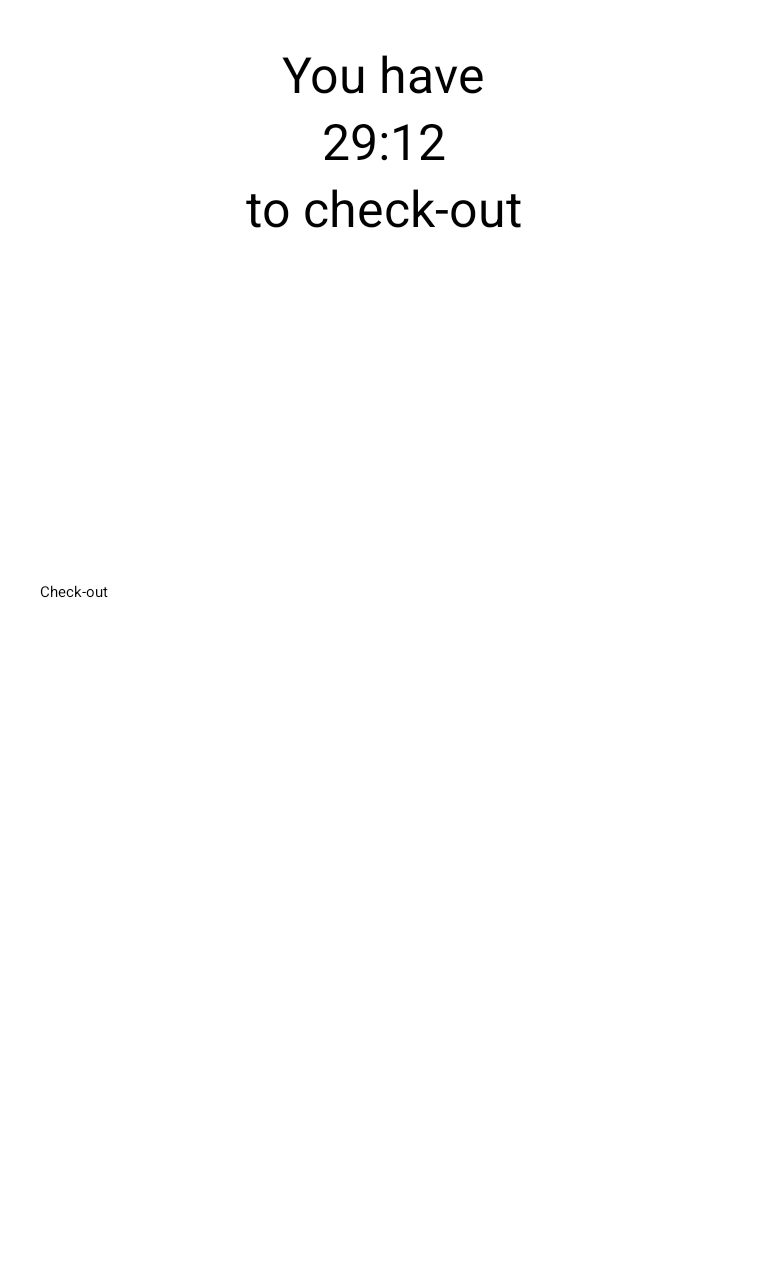
Repository: leo195162839/Test-Repo
Layout: TravelGuardian/res/layout/fragment_count__time__left.xml
The author's editor kept a copy of each file at every save. The layout is drawn from the files as they stood at one save, then again after the next save.
It is drawn on a 768 x 1280 px phone screen (xhdpi) without system bars, with theme Theme.Base.AppCompat; the app's code is not run.

Above is the layout before, as saved 2014-06-15 17:56:15.

### TravelGuardian/res/layout/fragment_count__time__left.xml
<?xml version="1.0" encoding="utf-8"?>
<LinearLayout xmlns:android="http://schemas.android.com/apk/res/android"
    android:layout_width="match_parent"
    android:layout_height="match_parent"
    android:orientation="vertical" >

    <TextView
        android:id="@+id/time_left_content1"
        android:layout_width="wrap_content"
        android:layout_height="wrap_content"
        android:layout_gravity="center"
        android:textSize="25sp"
        android:paddingTop="20sp"
        android:text="@string/count_time_left1" />

    <!-- need to change to count down timer -->
     <TextView
        android:id="@+id/count_down_timer"
        android:layout_width="wrap_content"
        android:layout_height="wrap_content"
        android:layout_gravity="center"
        android:textSize="25sp"
        android:text="@string/count_down_timer" />

      <TextView
        android:id="@+id/time_left_content2"
        android:layout_width="wrap_content"
        android:layout_height="wrap_content"
        android:layout_gravity="center"
        android:textSize="25sp"
        android:paddingBottom="150sp"
        android:text="@string/count_time_left2" />

    <Button
        android:layout_width="fill_parent"
        android:layout_height="wrap_content"
        android:padding="20sp"
        android:paddingBottom="100sp"
        android:onClick="checkedOut"
        android:text="@string/button_checkout" />



    <ProgressBar
        android:id="@+id/progressBar1"
        style="?android:attr/progressBarStyleHorizontal"
        android:layout_marginTop="152sp"
        android:layout_width="fill_parent"
        android:layout_height="wrap_content" />

</LinearLayout>

### TravelGuardian/res/values/strings.xml
<?xml version="1.0" encoding="utf-8"?>
<resources>

    <string name="app_name">Travel Guardian</string>
    <string name="hello_world">Hello world!</string>
    <string name="action_settings">Settings</string>
    <string name="button_login">Login</string>
    <string name="title_activity_start">Travel Guardian</string>
    <string name="logged_in_as">Logged in as</string>
    <string name="username">name@domain.com</string>
    <string name="button_sign_out">Sign Out</string>
    <string name="button_start">Start a Trip</string>
    <string name="title_activity_data_entry">Travel Guardian: Start a Trip</string>
    <string name="textView_emergency_contacts">Who would you like to contact in the event of an emergency?</string>
    <string name="edit_contacts">Enter an email address</string>
    <string name="textView_destination">Where will you be traveling to?</string>
    <string name="edit_destination">Enter location name or coordinates</string>
    <string name="textView_host">What is your host contact?</string>
    <string name="edit_host">Enter hotel/host contact info</string>
    <string name="textView_pingFrequency">GPS Ping Frequency: 0 hour(s)</string>
    <string name="button_setDate">Set Return Date</string>
    <string name="button_setTime">Set Return Time</string>
    <string name="button_startTrip">Start Trip</string>
    <string name="count_time_left1">You have</string>
    <string name="count_down_timer">29:12</string>
    <string name="time_remianing">Time remianing:</string>
    <string name="count_time_left2">to check-out</string>
    <string name="button_checkout">Check-out</string>
    <string name="title_activity_count__time__left">Count_Time_Left</string>
    <string name="title_activity_checked_out">CheckedOut</string>
    <string name="title_activity_broadcast">Broadcast</string>
    <string name="Sent_Notification">The following Emergency Broadcast Message has been sent to you emergency contact.</string>
    <string name="Broadcast_Message">TRAVEL GUARDIAN EMERGENCY NOTIFICATION:
                                     \nJane Doe failed to check out at 8:00pm.
                                     \nReported Destination: Vanoise National Park, Savoie, France
                                     \nLast GPS Ping: 41° 24\' 12.1674", 2° 10\' 26.508
                                     \n@ 7:45pm UTC 05/12/2014
                                     \nHost Contact: Hotel, (123) 281-2729</string>
    <string name="Congrats"><b>Congratulations!\nChecked Out Succefully!</b></string>

</resources>

After the next save:
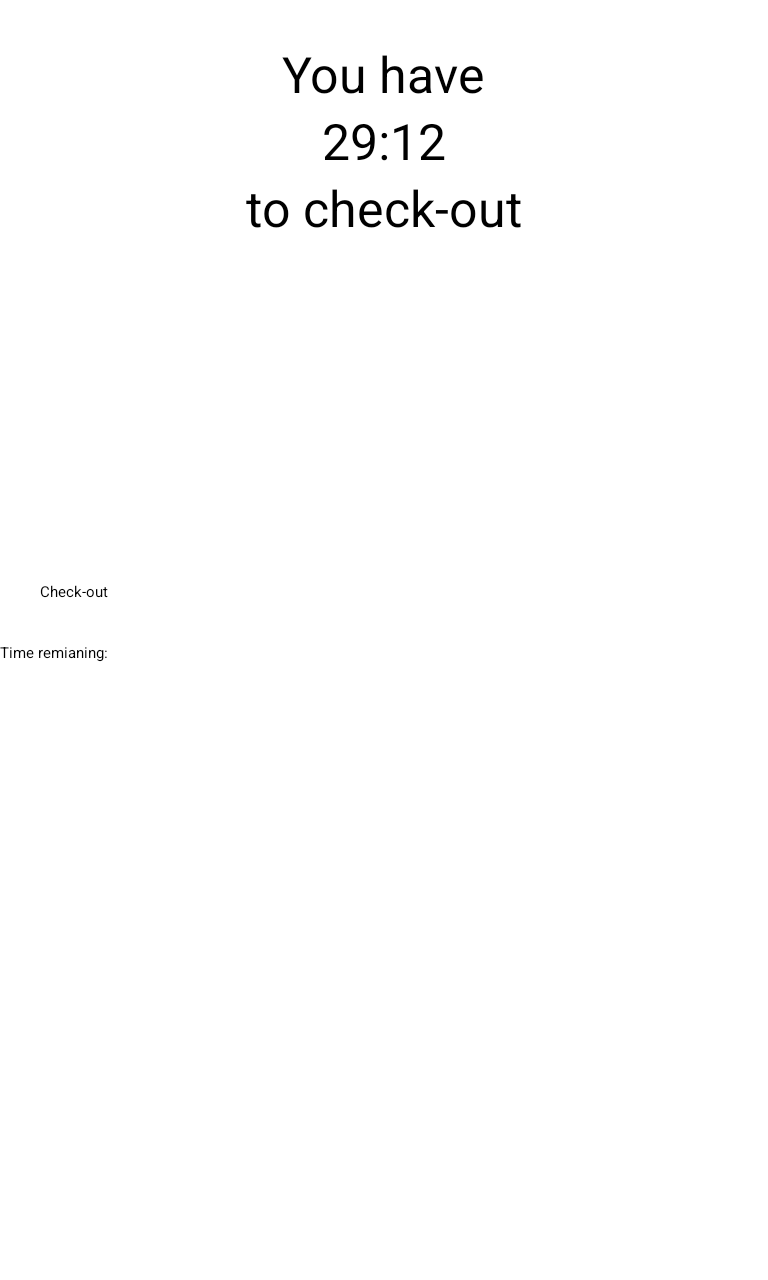
Saved 3 s later.
--- a/TravelGuardian/res/layout/fragment_count__time__left.xml
+++ b/TravelGuardian/res/layout/fragment_count__time__left.xml
@@ -39,6 +39,12 @@
         android:onClick="checkedOut"
         android:text="@string/button_checkout" />
 
+    <TextView
+        android:id="@+id/time_remianing"
+        android:layout_width="wrap_content"
+        android:layout_height="wrap_content"
+        android:layout_gravity="left"
+        android:text="@string/time_remianing" />
 
 
     <ProgressBar
